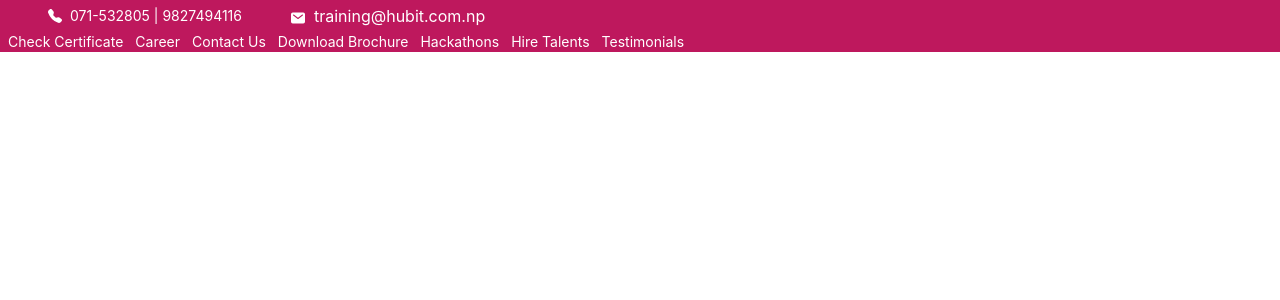
Repository: Sushant203/react-training-
Page: /
The author's editor kept a copy of each file at every save. The page is drawn from the files as they stood at one save, then again after the next save.
The browser window is 1280 px wide. The pictures show the whole page.
The project was rebuilt for these pictures with package versions that can differ from the ones it lists, and the page was loaded fresh each time. Also part of the build but not shown: src/App.css.

Above is the page before, as saved 2022-12-15 01:04:32.

After the next save:
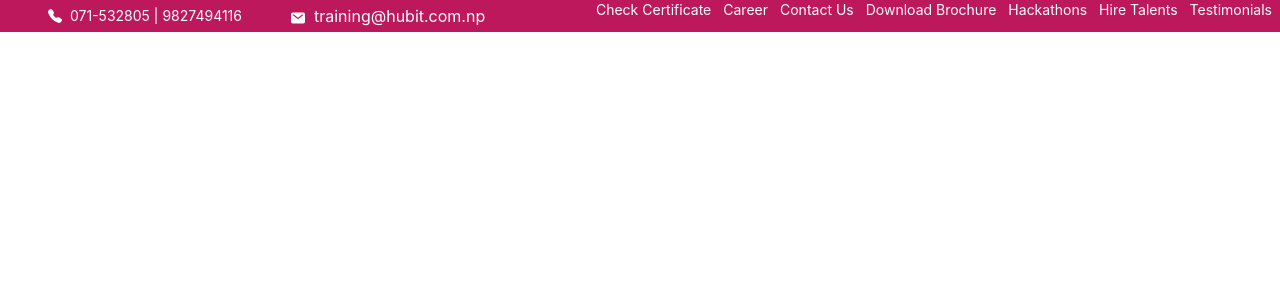
Saved 37 s later.
--- a/src/components/UpperNav.jsx
+++ b/src/components/UpperNav.jsx
@@ -4,7 +4,7 @@ import { IoMail } from "react-icons/io5";
 const UpperNav = () => {
   return (
     <div>
-      <div className="bg-pink-700 align-center px-2 text-white text-sm">
+      <div className="flex bg-pink-700 align-center px-2 text-white text-sm justify-between">
         <div className="flex">
           <div className="flex gap-2 items-center mx-10">
             <BsFillTelephoneFill className="text-white" />
